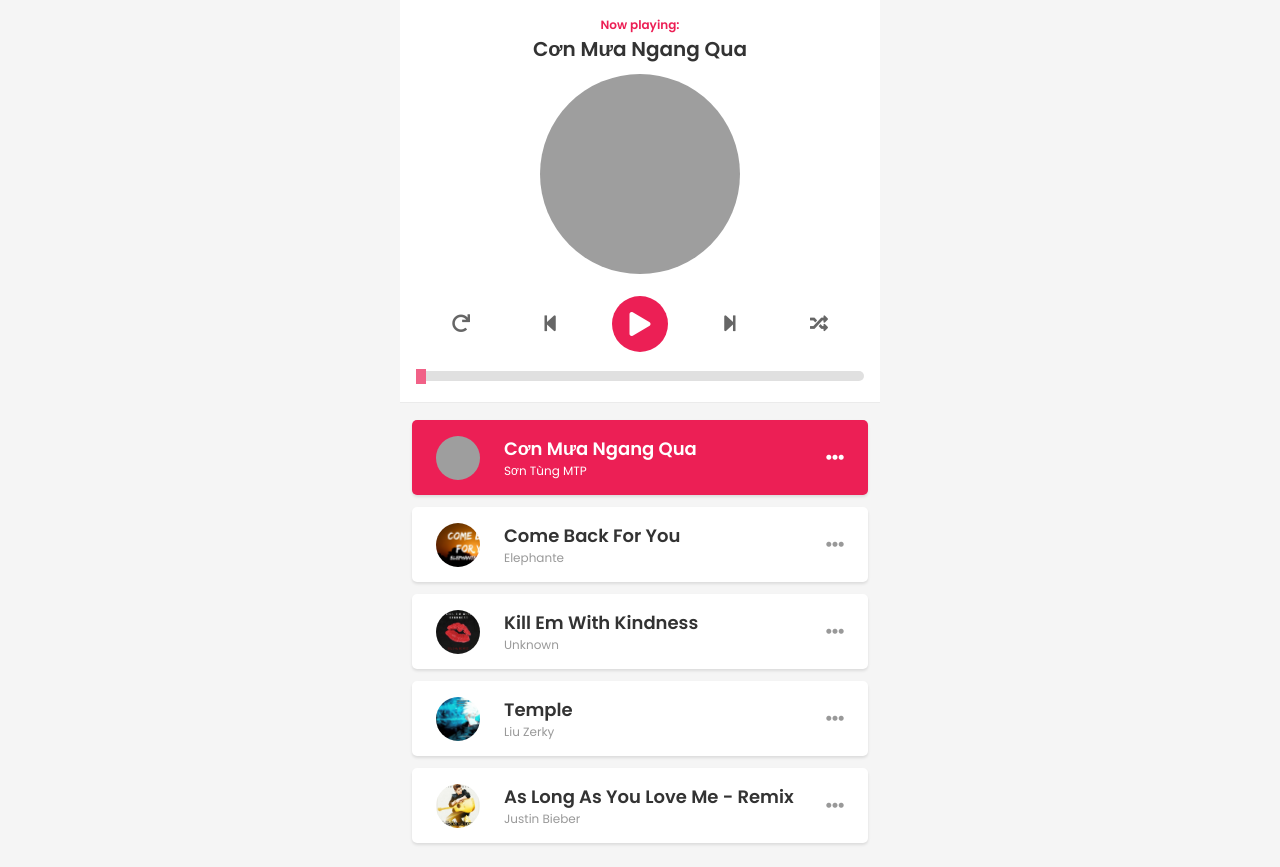
Repository: vandat598/musicPlayer
Page: index.html
These files come from the project's save history. The page is drawn as it stood at one moment and after the next save; the edit follows.
The browser window is 1280 px wide. The pictures show the whole page.
Pictures or frames that could not be fetched are drawn as grey boxes.

Above is the page before, as saved 2022-04-28 16:18:38.

### index.html
<!DOCTYPE html>
<html lang="en">
  <head>
    <meta charset="UTF-8" />
    <meta name="viewport" content="width=device-width, initial-scale=1.0" />
    <title>Music player</title>
    <link
      rel="stylesheet"
      href="https://cdnjs.cloudflare.com/ajax/libs/font-awesome/5.15.2/css/all.min.css"
      integrity="sha512-HK5fgLBL+xu6dm/Ii3z4xhlSUyZgTT9tuc/hSrtw6uzJOvgRr2a9jyxxT1ely+B+xFAmJKVSTbpM/CuL7qxO8w=="
      crossorigin="anonymous"
    />
    <link rel="preconnect" href="https://fonts.gstatic.com" />
    <link
      href="https://fonts.googleapis.com/css2?family=Poppins:wght@300;400;600&display=swap"
      rel="stylesheet"
    />
    <link rel="stylesheet" href="./assets/css/style.css" />
  </head>
  <body>
    <div class="player">
      <!-- Dashboard -->
      <div class="dashboard">
        <!-- Header -->
        <header>
          <h4>Now playing:</h4>
          <h2>String 57th & 9th</h2>
        </header>

        <!-- CD -->
        <div class="cd">
          <div
            class="cd-thumb"
            style="
              background-image: url('https://i.ytimg.com/vi/jTLhQf5KJSc/maxresdefault.jpg');
            "
          ></div>
        </div>

        <!-- Control -->
        <div class="control">
          <div class="btn btn-repeat">
            <i class="fas fa-redo"></i>
          </div>
          <div class="btn btn-prev">
            <i class="fas fa-step-backward"></i>
          </div>
          <div class="btn btn-toggle-play">
            <i class="fas fa-pause icon-pause"></i>
            <i class="fas fa-play icon-play"></i>
          </div>
          <div class="btn btn-next">
            <i class="fas fa-step-forward"></i>
          </div>
          <div class="btn btn-random">
            <i class="fas fa-random"></i>
          </div>
        </div>

        <input
          id="progress"
          class="progress"
          type="range"
          value="0"
          step="1"
          min="0"
          max="100"
        />

        <audio id="audio" src=""></audio>
      </div>

      <!-- Playlist -->
      <div class="playlist">
        <div class="song">
          <div
            class="thumb"
            style="
              background-image: url('https://i.ytimg.com/vi/jTLhQf5KJSc/maxresdefault.jpg');
            "
          ></div>
          <div class="body">
            <h3 class="title">Music name</h3>
            <p class="author">Singer</p>
          </div>
          <div class="option">
            <i class="fas fa-ellipsis-h"></i>
          </div>
        </div>
        <div class="song">
          <div
            class="thumb"
            style="
              background-image: url('https://i.ytimg.com/vi/jTLhQf5KJSc/maxresdefault.jpg');
            "
          ></div>
          <div class="body">
            <h3 class="title">Music name</h3>
            <p class="author">Singer</p>
          </div>
          <div class="option">
            <i class="fas fa-ellipsis-h"></i>
          </div>
        </div>
        <div class="song">
          <div
            class="thumb"
            style="
              background-image: url('https://i.ytimg.com/vi/jTLhQf5KJSc/maxresdefault.jpg');
            "
          ></div>
          <div class="body">
            <h3 class="title">Music name</h3>
            <p class="author">Singer</p>
          </div>
          <div class="option">
            <i class="fas fa-ellipsis-h"></i>
          </div>
        </div>
      </div>
    </div>

    <script>
      /*
        done 1. Render songs
        done 2. Scroll top
        3. Play / pause / seek
        4. CD rotate
        5. Next / prev
        6. Random
        7. Next / repeat when ended
        8. Active song
        9. Scroll active song into view
        10. play song when click
      */

      const $ = document.querySelector.bind(document);
      const $$ = document.querySelectorAll.bind(document);

      const player = $('.player');
      const cd = $('.cd');
      const heading = $('header h2');
      const cdThumb = $('.cd-thumb');
      const audio = $('#audio');
      const playBtn = $('.btn-toggle-play');
      const progress = $('#progress');
      const nextBtn = $('.btn-next');
      const prevBtn = $('.btn-prev');
      const randomBtn = $('.btn-random');
      let played = [];
      const repeatBtn = $('.btn-repeat');
      const songActive = $$('.song');

      const app = {
        currentIndex: 0,
        isPlaying: false,
        isRandom: false,
        isRepeat: false,
        songs: [
          {
            name: 'Cơn Mưa Ngang Qua',
            singer: 'Sơn Tùng MTP',
            path: './assets/music/ConMuaNgangQua SonTungMTP 2782444.mp3',
            image: './assets/img/MTP.png',
          },
          {
            name: 'Come Back For You',
            singer: 'Elephante',
            path: './assets/music/Elephante  Come Back For You feat Matluck.mp3',
            image: './assets/img/comBackForYou.png',
          },
          {
            name: 'Kill Em With Kindness',
            singer: 'Unknown',
            path: './assets/music/Kill Em With Kindness  Remix   Nhạc Tik Tok Gây Nghiện.mp3',
            image: './assets/img/KillEmWithKindness.png',
          },
          {
            name: 'Temple',
            singer: 'Liu Zerky',
            path: './assets/music/Temple  Liu  Zerky  Nhạc Nền Cực Hot TikTok Trung Quốc Gây Nghiện  Douyin抖音.mp3',
            image: './assets/img/Temple.png',
          },
          {
            name: 'As Long As You Love Me - Remix',
            singer: 'Justin Bieber',
            path: './assets/music/As Long As You Love Me  Justin Bieber.mp3',
            image:
              './assets/img/As_Long_As_You_Love_Me_(feat._Big_Sean)_-_Single.jpg',
          },
        ],
        render() {
          const htmls = this.songs.map((song, index) => {
            return `
              <div class="song ${index === this.currentIndex ? 'active' : ''}">
                <div class="thumb" style="background-image: url('${
                  song.image
                }')">
                </div>
                <div class="body">
                  <h3 class="title">${song.name}</h3>
                  <p class="author">${song.singer}</p>
                </div>
                <div class="option">
                  <i class="fa fa-ellipsis-h"></i>
                </div>
              </div>
            `;
          });
          $('.playlist').innerHTML = htmls.join('');
        },
        defineProperties() {
          // Search google xem sytax defineProperty
          Object.defineProperty(this, 'currentSong', {
            get() {
              return this.songs[this.currentIndex];
            },
          });
        },
        handleEvent() {
          const _this = this;
          const cdWidth = cd.offsetWidth;

          // xử lý CD quay / dừng
          const cdThumbAnimate = cdThumb.animate(
            [{ transform: 'rotate(360deg)' }],
            {
              duration: 10000,
              iterations: Infinity,
            }
          );
          cdThumbAnimate.pause();

          // handle scroll
          document.onscroll = function () {
            const scrollTop =
              window.scrollY || document.documentElement.scrollTop;

            const newCdWidth = cdWidth - scrollTop;

            cd.style.width = newCdWidth > 0 ? newCdWidth + 'px' : 0;
            cd.style.opacity = newCdWidth / cdWidth;
          };

          // handle click play button

          playBtn.onclick = function () {
            if (_this.isPlaying) {
              audio.pause();
            } else {
              audio.play();
            }
          };

          // Khi song được play
          audio.onplay = function () {
            _this.isPlaying = true;
            player.classList.add('playing');
            cdThumbAnimate.play();
          };

          // Khi song pause
          audio.onpause = function () {
            _this.isPlaying = false;
            player.classList.remove('playing');
            cdThumbAnimate.pause();
          };

          // Khi tiến độ bài hát thay đổi
          audio.ontimeupdate = function () {
            if (audio.duration) {
              const progressPercent = Math.floor(
                (audio.currentTime / audio.duration) * 100
              );
              progress.value = progressPercent;
            }
          };

          // Xử lý khi tua bài hát
          progress.oninput = function (e) {
            const seekTime = (audio.duration / 100) * e.target.value;
            audio.currentTime = seekTime;
          };

          // Next song
          nextBtn.onclick = function () {
            if (_this.isRandom) {
              _this.playRandomSong();
            } else {
              _this.nextSong();
            }
            audio.play();
          };
          // Prev song
          prevBtn.onclick = function () {
            if (_this.isRandom) {
              _this.playRandomSong();
            } else {
              _this.prevSong();
            }
            audio.play();
          };

          // Random button
          randomBtn.onclick = function () {
            // Gắn cờ isRandom có thật sự cần thiết??
            _this.isRandom = !_this.isRandom;
            // method toggle, khi đối số t2 là true thì sẽ add class, còn false thì remove class
            randomBtn.classList.toggle('active', _this.isRandom);
          };

          // Xử lý lặp lại song
          repeatBtn.onclick = function (e) {
            _this.isRepeat = !_this.isRepeat;
            repeatBtn.classList.toggle('active', _this.isRepeat);
          };

          // Xử lý next song khi audio ended
          audio.onended = function () {
            if (_this.isRandom) {
              _this.playRandomSong();
            }
            if (_this.isRepeat) {
              audio.play();
            } else {
              nextBtn.click();
            }
          };
        },
        loadCurrentSong() {
          heading.textContent = this.currentSong.name;
          cdThumb.style.backgroundImage = `url('${this.currentSong.image}')`;
          audio.src = this.currentSong.path;
          songActive.forEach((element, index) => {
            console.log(element, index);
          });
        },
        nextSong() {
          this.currentIndex++;
          if (this.currentIndex >= this.songs.length) {
            this.currentIndex = 0;
          }
          this.loadCurrentSong();
        },
        prevSong() {
          this.currentIndex--;
          if (this.currentIndex < 0) {
            this.currentIndex = this.songs.length - 1;
          }
          this.loadCurrentSong();
        },
        playRandomSong() {
          let newIndex;
          do {
            newIndex = Math.floor(Math.random() * this.songs.length);
            if (played.length === this.songs.length) {
              played = [];
            }
          } while (
            newIndex === this.currentIndex ||
            played.some(value => value === newIndex)
          );
          played.push(newIndex);
          this.currentIndex = newIndex;
          this.loadCurrentSong();
          console.log(played);
        },

        start() {
          this.defineProperties();
          this.handleEvent();
          this.loadCurrentSong();
          this.render();
        },
      };

      app.start();
    </script>
  </body>
</html>

### assets/css/style.css
:root {
  --primary-color: #ec1f55;
  --text-color: #333;
}

* {
  padding: 0;
  margin: 0;
  box-sizing: inherit;
}

body {
  background-color: #f5f5f5;
}

html {
  box-sizing: border-box;
  font-family: 'Poppins', sans-serif;
}

.player {
  position: relative;
  max-width: 480px;
  margin: 0 auto;
}

.player .icon-pause {
  display: none;
}

.player.playing .icon-pause {
  display: inline-block;
}

.player.playing .icon-play {
  display: none;
}

.dashboard {
  padding: 16px 16px 14px;
  background-color: #fff;
  position: fixed;
  top: 0;
  width: 100%;
  max-width: 480px;
  border-bottom: 1px solid #ebebeb;
}

/* HEADER */
header {
  text-align: center;
  margin-bottom: 10px;
}

header h4 {
  color: var(--primary-color);
  font-size: 12px;
}

header h2 {
  color: var(--text-color);
  font-size: 20px;
}

/* CD */
.cd {
  display: flex;
  margin: auto;
  width: 200px;
}

.cd-thumb {
  width: 100%;
  padding-top: 100%;
  border-radius: 50%;
  background-color: #333;
  background-size: cover;
  margin: auto;
}

/* CONTROL */
.control {
  display: flex;
  align-items: center;
  justify-content: space-around;
  padding: 18px 0 8px 0;
}

.control .btn {
  color: #666;
  padding: 18px;
  font-size: 18px;
  cursor: pointer;
}
/* .control .btn:hover {
  background-color: rgb(192, 188, 188);
  border-radius: 30%;
} */

.control .btn.active {
  color: var(--primary-color);
}

.control .btn-toggle-play {
  width: 56px;
  height: 56px;
  border-radius: 50%;
  font-size: 24px;
  color: #fff;
  display: flex;
  align-items: center;
  justify-content: center;
  background-color: var(--primary-color);
}

.progress {
  width: 100%;
  -webkit-appearance: none;
  height: 10px;
  background: #d3d3d3;
  outline: none;
  opacity: 0.7;
  -webkit-transition: 0.2s;
  transition: opacity 0.2s;
  border-radius: 30px;
}

.progress::-webkit-slider-thumb {
  -webkit-appearance: none;
  appearance: none;
  width: 10px;
  height: 15px;
  background-color: var(--primary-color);
  cursor: pointer;
}

/* PLAYLIST */
.playlist {
  margin-top: 408px;
  padding: 12px;
}

.song {
  display: flex;
  align-items: center;
  margin-bottom: 12px;
  background-color: #fff;
  padding: 8px 16px;
  border-radius: 5px;
  box-shadow: 0 2px 3px rgba(0, 0, 0, 0.1);
  cursor: pointer;
}

.song.active {
  background-color: var(--primary-color);
}

.song:active {
  opacity: 0.8;
}

.song.active .option,
.song.active .author,
.song.active .title {
  color: #fff;
}

.song .thumb {
  width: 44px;
  height: 44px;
  border-radius: 50%;
  background-size: cover;
  margin: 0 8px;
}

.song .body {
  flex: 1;
  padding: 0 16px;
}

.song .title {
  font-size: 18px;
  color: var(--text-color);
}

.song .author {
  font-size: 12px;
  color: #999;
}

.song .option {
  padding: 16px 8px;
  color: #999;
  font-size: 18px;
}

After the next save:
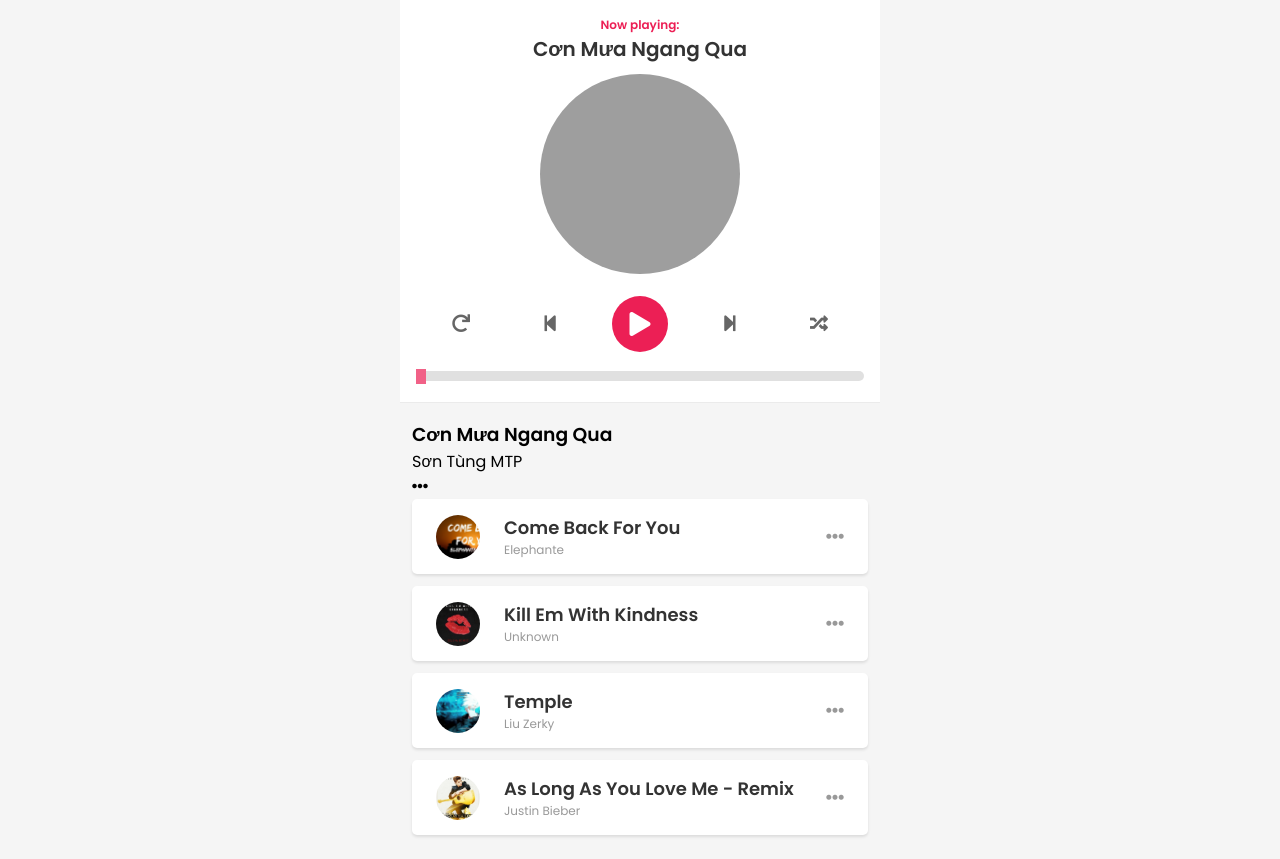
Saved 41 s later.
--- a/index.html
+++ b/index.html
@@ -192,7 +192,7 @@
         render() {
           const htmls = this.songs.map((song, index) => {
             return `
-              <div class="song ${index === this.currentIndex ? 'active' : ''}">
+              <div class="song${index === this.currentIndex ? 'active' : ''}">
                 <div class="thumb" style="background-image: url('${
                   song.image
                 }')">

After the save that followed:
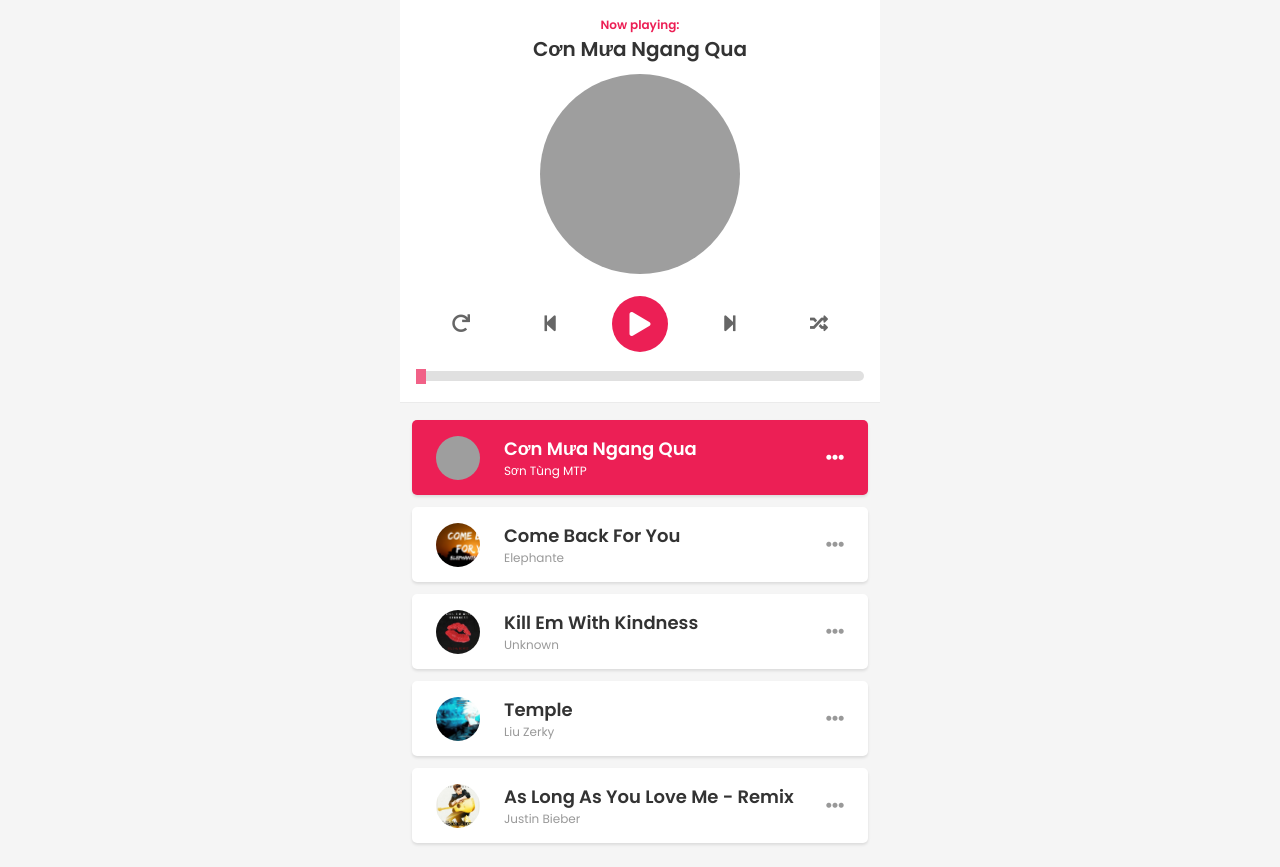
Saved 5 s later.
--- a/index.html
+++ b/index.html
@@ -192,7 +192,7 @@
         render() {
           const htmls = this.songs.map((song, index) => {
             return `
-              <div class="song${index === this.currentIndex ? 'active' : ''}">
+              <div class="song ${index === this.currentIndex ? 'active' : ''}">
                 <div class="thumb" style="background-image: url('${
                   song.image
                 }')">
